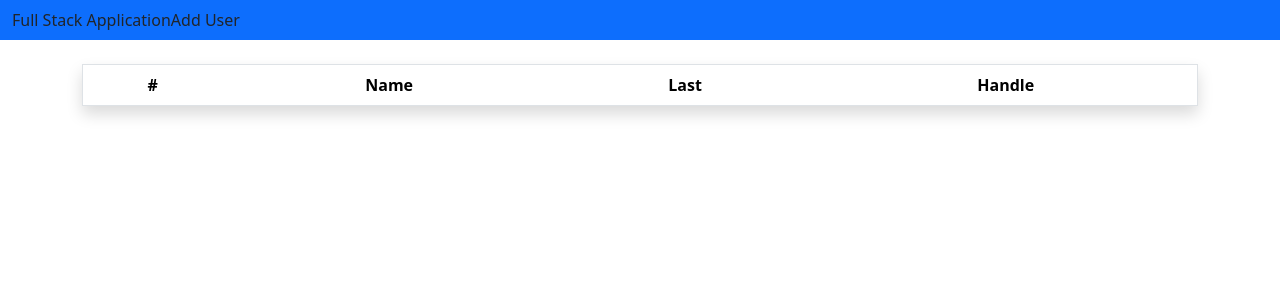
Repository: rajratangm/spring
Page: / (app in front/)
An editor plug-in stored every save of this project. The page is shown before and after the next save, followed by the edit.
The browser window is 1280 px wide. The pictures show the whole page.
The page's requests for data from a server got no answer. The project was rebuilt for these pictures with package versions that can differ from the ones it lists, and the page was loaded fresh each time. No one was signed in, and anything a server would have sent is missing.

Above is the page before, as saved 2024-05-19 17:59:36.

After the next save:
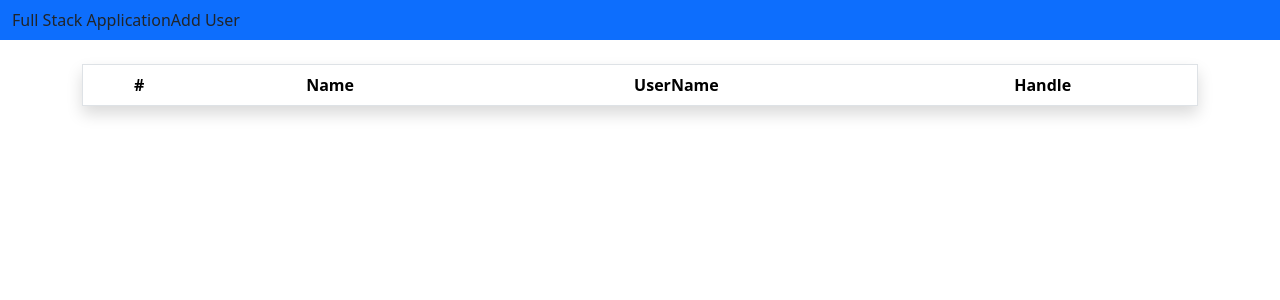
Saved 4 s later.
--- a/front/src/pages/Home.js
+++ b/front/src/pages/Home.js
@@ -23,7 +23,7 @@ const Home = () => {
             <tr>
               <th scope="col">#</th>
               <th scope="col">Name</th>
-              <th scope="col">Last</th>
+              <th scope="col">UserName</th>
               <th scope="col">Handle</th>
             </tr>
           </thead>
